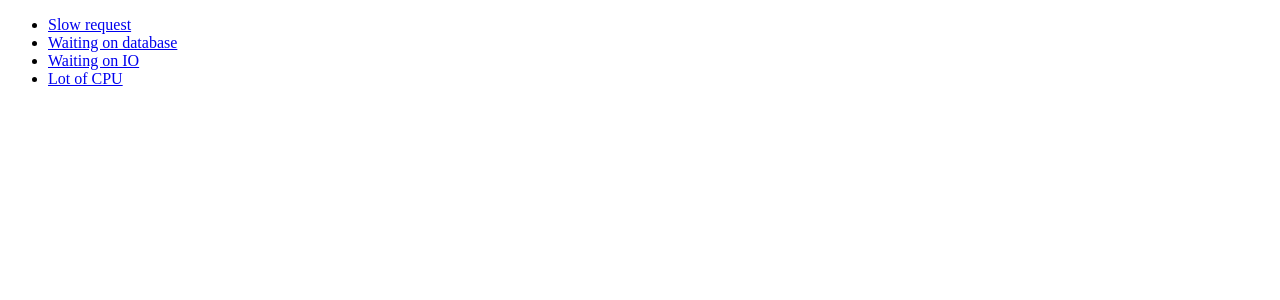
Repository: lurodrig/performance-issues-demos
Page: trouble-maker/WebContent/index.html
These files come from the project's save history. The page is drawn as it stood at one moment and after the next save; the edit follows.
The browser window is 1280 px wide. The pictures show the whole page.

Above is the page before, as saved 2015-04-17 14:17:10.

### trouble-maker/WebContent/index.html
<!DOCTYPE html>
<html>
<head>
<meta charset="UTF-8">
<title>Common performance issues demo</title>
</head>
<body>
<ul>
	<li><a href="SlowRequest?millis=1000">Slow request</a></li>
	<li><a href="WaitingOnDatabase?millis=10">Waiting on database</a></li>
	<li><a href="WaitingOnIO?millis=10">Waiting on IO</a></li>
	<li><a href="LotOfCPU?millis=100">Lot of CPU</a></li>
</ul>
</body>
</html>

After the next save:
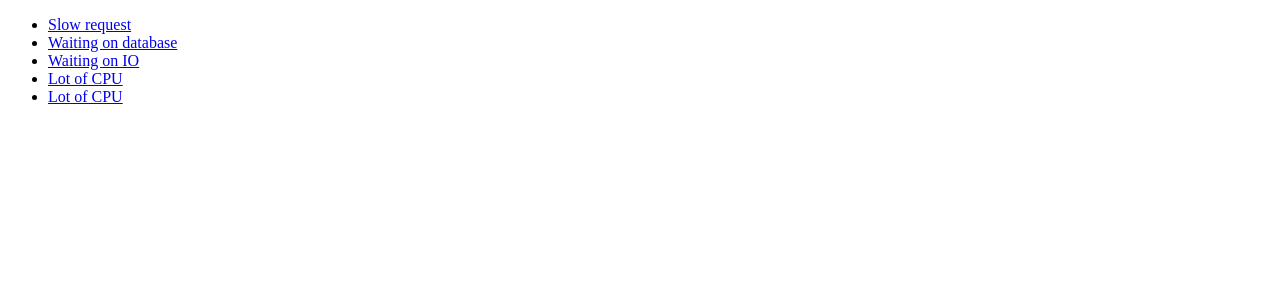
Saved 60 s later.
--- a/trouble-maker/WebContent/index.html
+++ b/trouble-maker/WebContent/index.html
@@ -10,6 +10,7 @@
 	<li><a href="WaitingOnDatabase?millis=10">Waiting on database</a></li>
 	<li><a href="WaitingOnIO?millis=10">Waiting on IO</a></li>
 	<li><a href="LotOfCPU?millis=100">Lot of CPU</a></li>
+	<li><a href="LotOfCPU?millis=1000">Lot of CPU</a></li>
 </ul>
 </body>
 </html>
